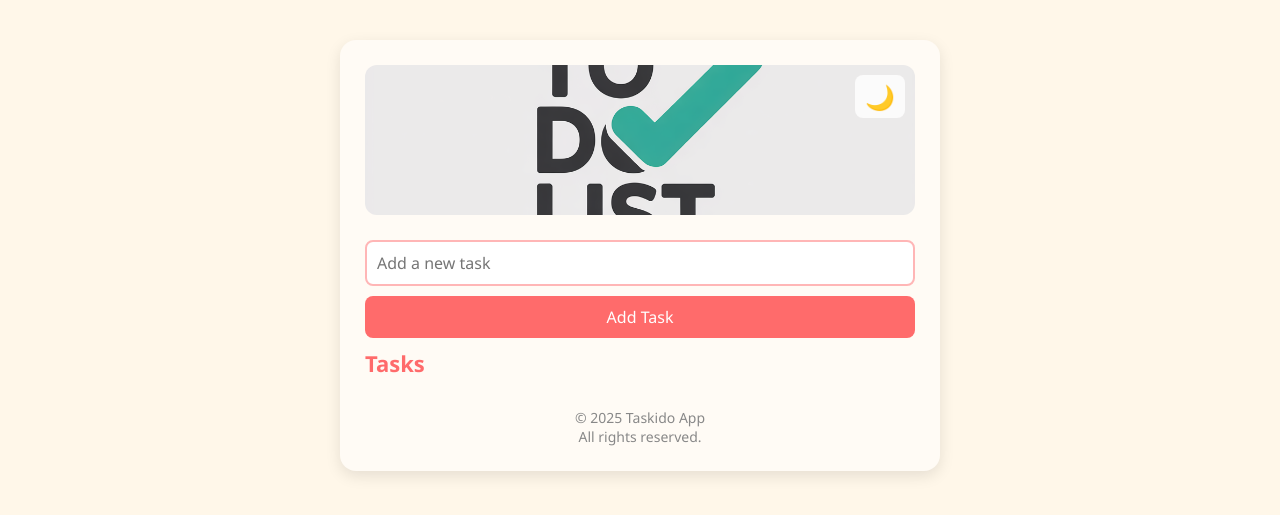
Repository: MenaEldeeb/To-Do-Iist
Page: index.html
These files come from the project's save history. The page is drawn as it stood at one moment and after the next save; the edit follows.
The browser window is 1280 px wide. The pictures show the whole page.

Above is the page before, as saved 2025-07-20 23:00:11.

After the next save:
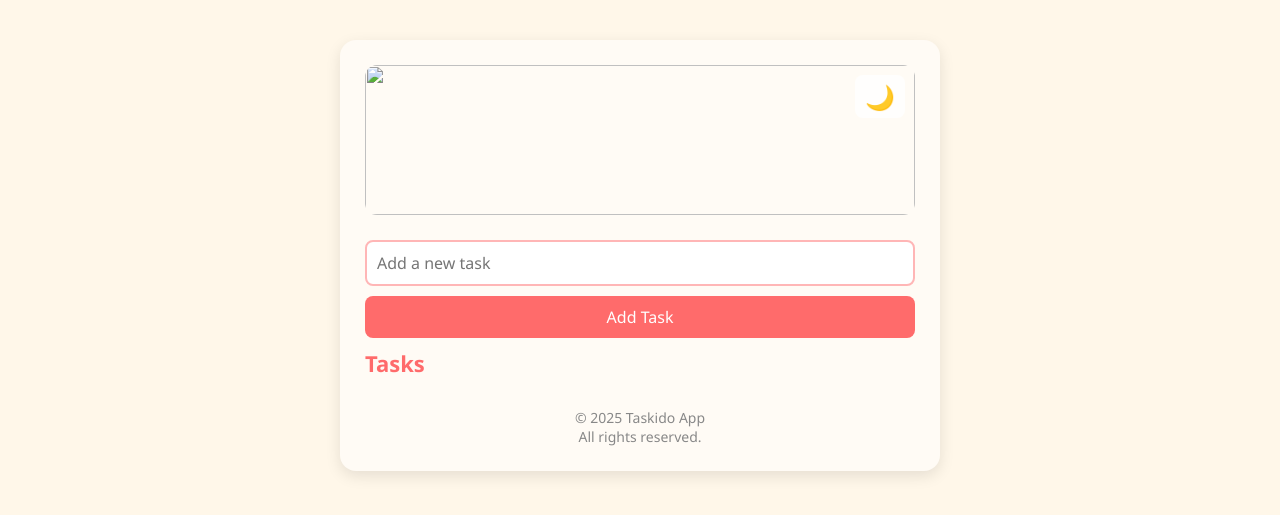
Not found: images/tt.webp alt=
Saved 3 min 56 s later.
--- a/index.html
+++ b/index.html
@@ -10,7 +10,7 @@
   <div id="container">
 
     <header id="hd">
-      <img id="header-banner" src="images/l.webp" alt="Header Banner" />
+      <img id="header-banner" src="images/tt.webp alt="Header Banner" />
       <button id="dark-mode-toggle">🌙</button>
     </header>
 

After the save that followed:
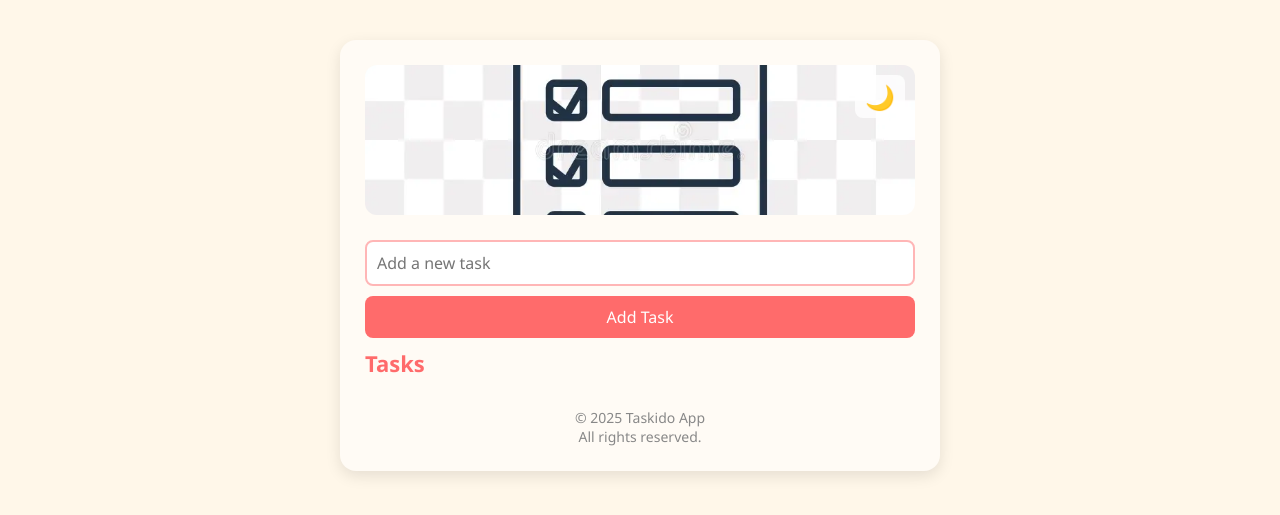
Saved 25 s later.
--- a/index.html
+++ b/index.html
@@ -10,7 +10,7 @@
   <div id="container">
 
     <header id="hd">
-      <img id="header-banner" src="images/tt.webp alt="Header Banner" />
+      <img id="header-banner" src="images/tt.webp" alt="Header Banner" />
       <button id="dark-mode-toggle">🌙</button>
     </header>
 
